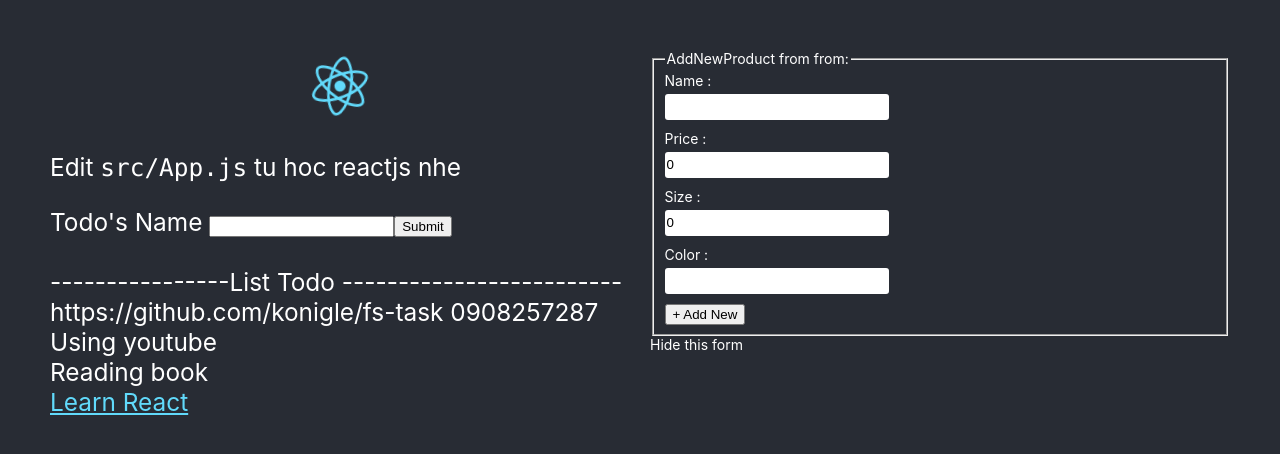
Repository: baothi/learn-reactjs
Page: /
The author's editor kept a copy of each file at every save. The page is drawn from the files as they stood at one save, then again after the next save.
The browser window is 1280 px wide. The pictures show the whole page.
The project was rebuilt for these pictures with package versions that can differ from the ones it lists, and the page was loaded fresh each time.

Above is the page before, as saved 2022-10-05 14:04:22.

After the next save:
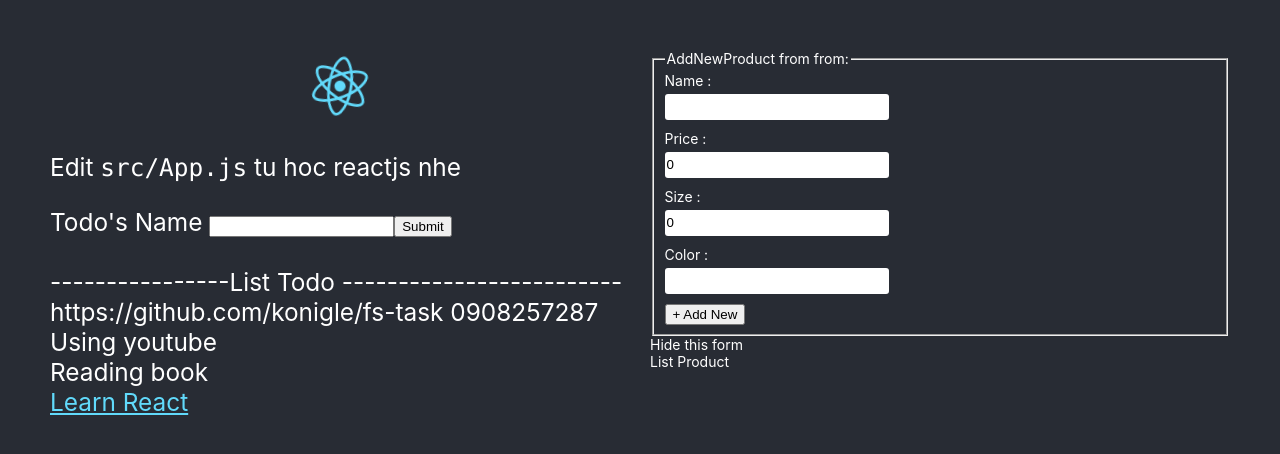
Saved 2 min 33 s later.
--- a/src/componets/AddNewProduct.js
+++ b/src/componets/AddNewProduct.js
@@ -87,6 +87,10 @@
             {
                 isShowDetail === true ? <div onClick={() => { handleHideShow() }}>Hide this form</div> : <div onClick={() => { handleHideShow() }}>Show the form</div>
             }
+            <div>
+                List Product
+                <div>{localStorage.getItem("productList")}</div>
+            </div>
         </div>
     )
 }
